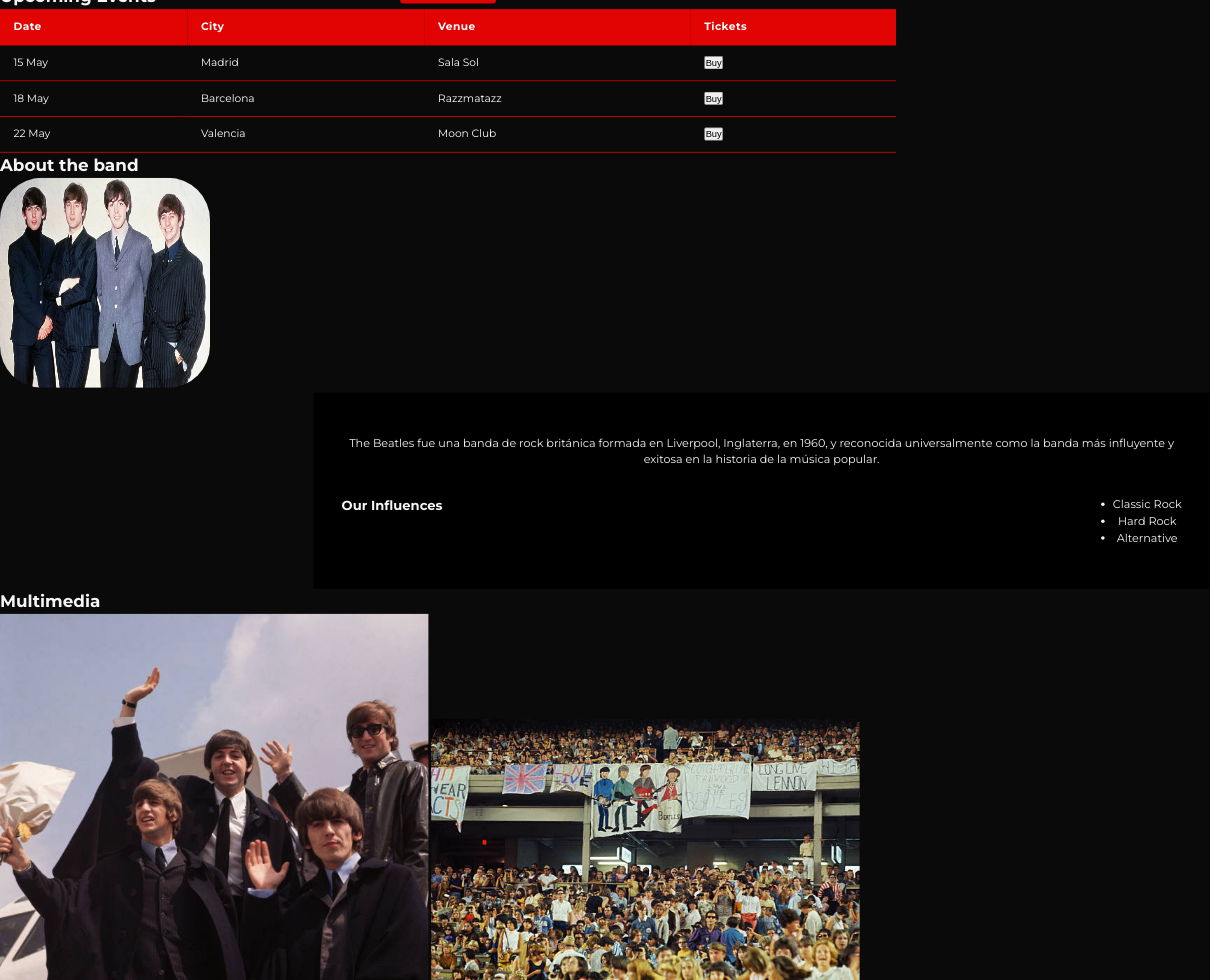
Repository: keiner-dev/Prueba_Desempe-o
Page: index.html
An editor plug-in stored every save of this project. The page is shown before and after a run of saves, followed by the edit.
The browser window is 1280 px wide. The page is 1728 px wide, then 1310 px, so the pictures cover 1728 px, including what lies to the right of the window. The pictures show the part of the page from y = 320 to 1720 px (the page is 2814 px tall), at 70% of full size.
Some web fonts or font styles are not loaded; a fallback is used.

Above is the page before, as saved 2026-04-27 15:30:26.

After the next 4 saves:
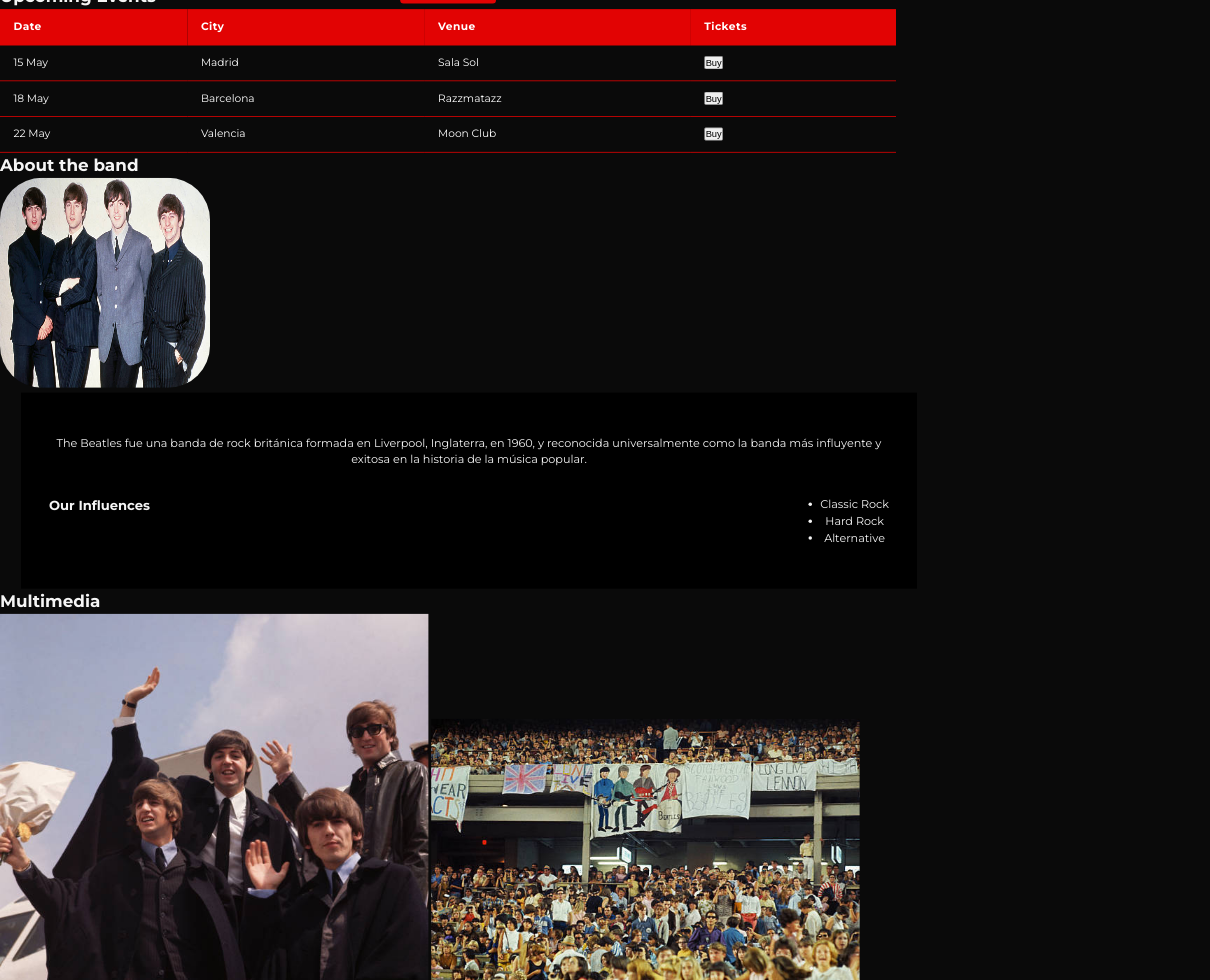
The 4 saves are shown as one change because they came seconds apart.
The last was saved 12 s later.
--- a/styles.css
+++ b/styles.css
@@ -155,7 +155,7 @@
 .sobre {
     justify-content: space-between;
     top: 0;
-    left:35%;
+    left:30px;
     display: flex;
     flex-wrap: wrap;
     text-align: center;
